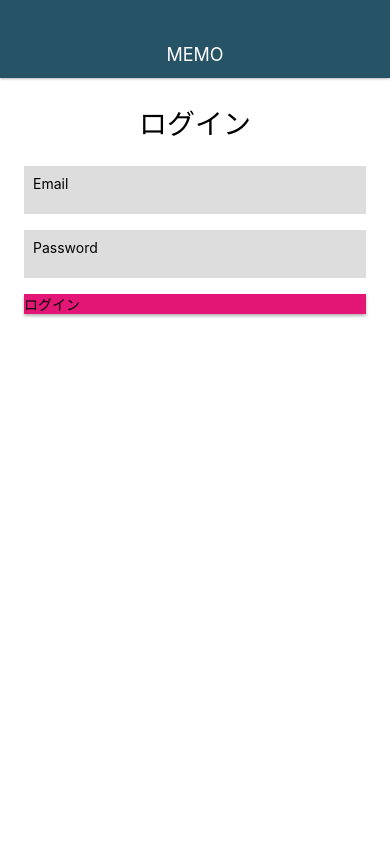
Repository: NagataRyuji0630/memo_app_for_reactNative
Screen: /
An editor plug-in stored every save of this project. The screen is shown before and after the next save, followed by the edit.
The app was drawn by React Native's web renderer in a window 390 px wide. The project was rebuilt for these pictures with package versions that can differ from the ones it lists, and the page was loaded fresh each time. Some packages were replaced by stand-ins written for this rebuild. Also part of the build but not shown: src/components/MemoList.jsx, src/elements/CircleBtn.jsx, src/screens/MemoListScreen.jsx, src/screens/MemoDetailScreen.jsx, src/screens/MemoEditScreen.jsx.

Above is the screen before, as saved 2020-05-15 08:43:42.

### App.js
import React from 'react';
import { StyleSheet, View } from 'react-native';
import AppBar from './src/components/AppBar';
import MemoListScreen from './src/screens/MemoListScreen'
import MemoDtailScreen from './src/screens/MemoDetailScreen';
import MemoEditScreen from './src/screens/MemoEditScreen';
import LoginScreen from './src/screens/LoginScreen';


export default class App extends React.Component {
  render() {
    return (
      <View style={styles.container}>
        <AppBar />
        <LoginScreen />
      </View>
    );
  }
}

const styles = StyleSheet.create({
  container: {
    flex: 1,
    backgroundColor: '#FFFDF6',
    alignItems: 'center',
    justifyContent: 'center',
    paddingTop: 78,
  },
});

### src/components/AppBar.jsx
import React from 'react';
import { Component } from 'react';
import { StyleSheet, View, Text } from 'react-native';

const styles = StyleSheet.create({
    appbar: {
        position: 'absolute',
        top: 0,
        left: 0,
        right: 0,
        height: 78,
        paddingTop: 30,
        backgroundColor: '#265366',
        justifyContent: 'center',
        alignItems: 'center',
        shadowColor: '#000',
        shadowOffset: { width: 0, height: 0 },
        shadowOpacity: 0.5,
        shadowRadius: 3,
        zIndex: 10,
    },
    appbarTitle: {
        color: '#fff',
        fontSize: 18,
    },
});

class AppBar extends Component {
    render() {
        return (
            <View style={styles.appbar}>
                <View>
                    <Text style={styles.appbarTitle}>MEMO</Text>
                </View>
            </View>
        );
    }
}

export default AppBar;

### src/screens/LoginScreen.jsx
import React from 'react';
import { Component } from 'react';
import { StyleSheet, View, Text, TextInput, TouchableHighlight } from 'react-native';
import CircleBtn from '../elements/CircleBtn';


const styles = StyleSheet.create({
    container: {
        flex: 1,
        width: '100%',
        padding: 24,
        backgroundColor: 'white',
    },
    input: {
        backgroundColor: '#ddd',
        height: 48,
        marginBottom: 16,
        borderWidth: 1,
        borderColor: '#ddd',
        padding: 8
    },
    title: {
        fontSize: 28,
        textAlign: 'center',
        marginBottom: 24,
    },
    btn: {
        shadowColor: '#000',
        shadowOffset: { width: 0, height: 2 },
        shadowOpacity: 0.3,
        shadowRadius: 3,
        backgroundColor: '#E31675',

    }

});


class LoginScreen extends Component {
    render() {
        return (
            <View style={styles.container}>
                    <Text style={styles.title}>ログイン</Text>
                    <TextInput style={styles.input} value='Email' multiline />
                    <TextInput style={styles.input} value='Password' multiline />
                    <TouchableHighlight style={styles.btn} title='通信' onPress={() => {}}>
                        <Text>ログイン</Text>
                    </TouchableHighlight>
            </View>
        );
    }
}

export default LoginScreen;

After the next save:
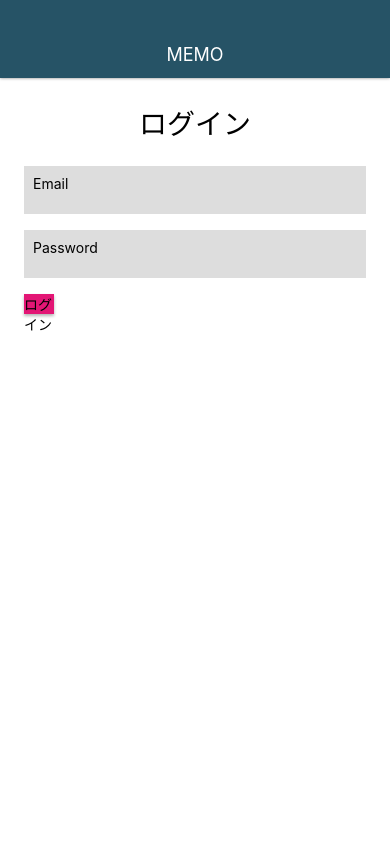
Saved 27 s later.
--- a/src/screens/LoginScreen.jsx
+++ b/src/screens/LoginScreen.jsx
@@ -30,7 +30,8 @@ const styles = StyleSheet.create({
         shadowOpacity: 0.3,
         shadowRadius: 3,
         backgroundColor: '#E31675',
-
+        width: 30,
+        height: 20,
     }
 
 });
